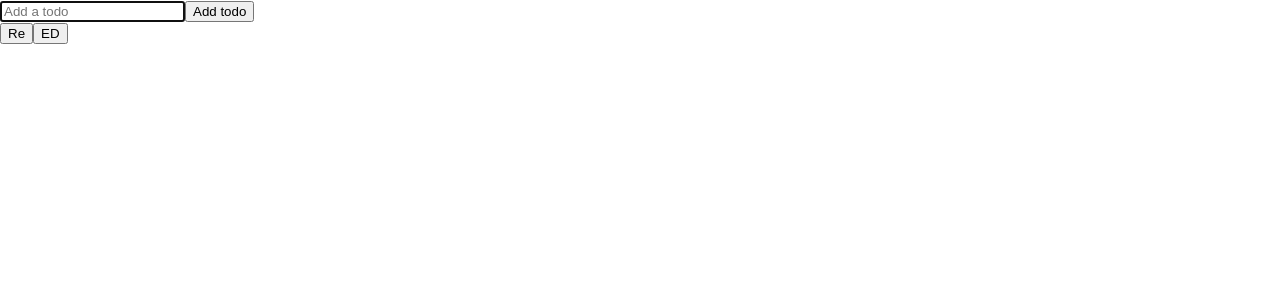
Repository: kirangautam45/ToDoList
Page: /, after clicking the first element matching `button.todo-button`
An editor plug-in stored every save of this project. The page is shown before and after a run of saves, followed by the edit.
The browser window is 1280 px wide. The pictures show the whole page.
The project was rebuilt for these pictures with package versions that can differ from the ones it lists, and the page was loaded fresh each time. Imported but missing from the stored project, and not drawn on this page: src/App..

Above is the page before, as saved 2022-08-06 07:14:42.

After the next 5 saves:
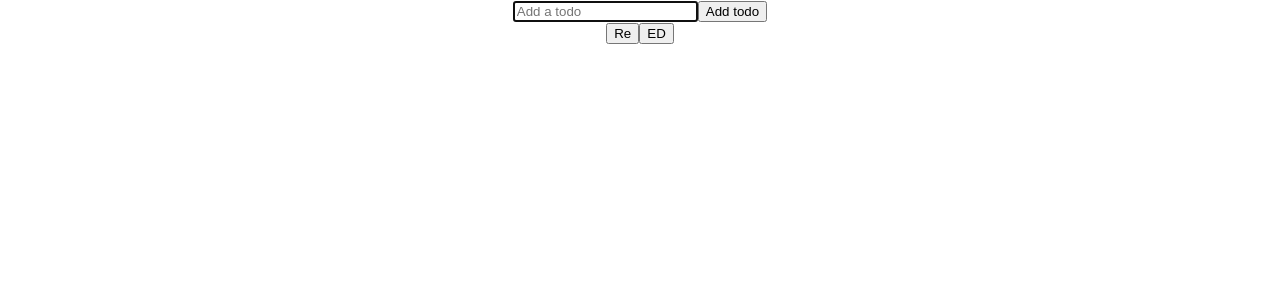
The 5 saves are shown as one change because 1 did not build or start and some came seconds apart.
The last was saved 81 min 0 s later.
--- a/src/Todo.js
+++ b/src/Todo.js
@@ -1,5 +1,6 @@
 import React, { useState } from "react";
 import TodoForm from "./TodoForm";
+import "./App.css"
 
 const Todo = ({ todos, completeTodo, removeTodo, updateTodo }) => {
   const [edit, setEdit] = useState({

After the 3 saves that followed:
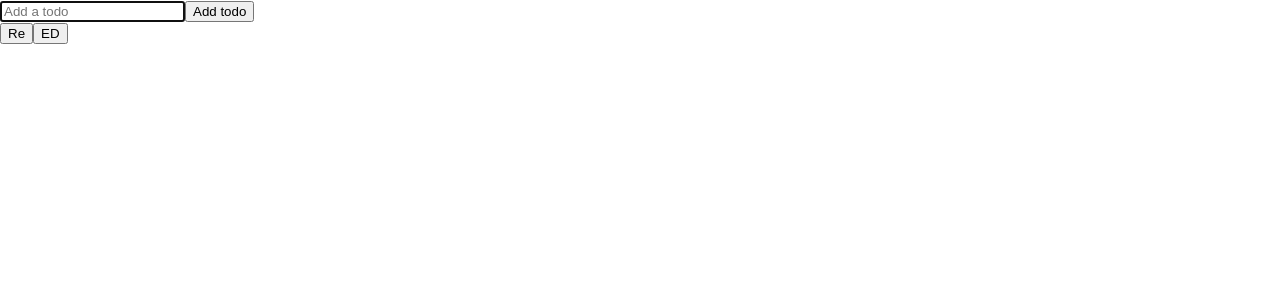
The 3 saves are shown as one change because 1 did not build or start and some came seconds apart.
The last was saved 42 s later.
--- a/src/Todo.js
+++ b/src/Todo.js
@@ -1,6 +1,6 @@
 import React, { useState } from "react";
 import TodoForm from "./TodoForm";
-import "./App.css"
+import "./App."
 
 const Todo = ({ todos, completeTodo, removeTodo, updateTodo }) => {
   const [edit, setEdit] = useState({
